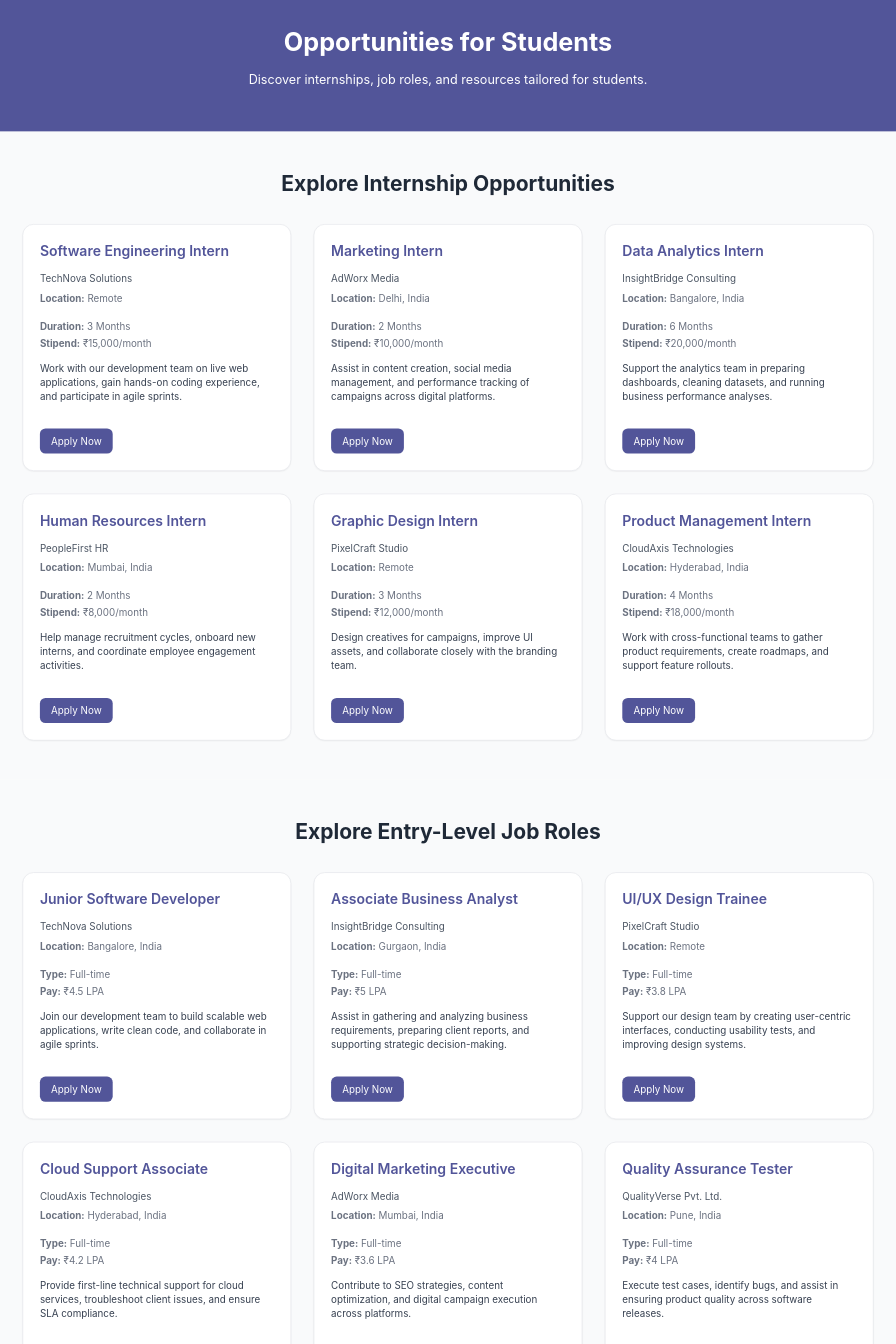
Repository: Siddharthkothiyal/GharPadhaaroCareerWebsite
Page: /#/students
The author's editor kept a copy of each file at every save. The page is drawn from the files as they stood at one save, then again after the next save.
The browser window is 1280 px wide. The pictures show the part of the page from y = 0 to 1920 px (the page is 6388 px tall before and 6435 px after), at 70% of full size.
The project was rebuilt for these pictures with package versions that can differ from the ones it lists, and the page was loaded fresh each time. Also part of the build but not shown: src/components/CareerPortal/JobListing/JobListings.css, src/components/CareerPortal/JobListing/JobListings.js, src/components/CareerPortal/Header.css, src/components/CareerPortal/ResumeUpload.css, src/components/CareerPortal/ResumeUpload.js, src/components/CareerPortal/Header.js, src/components/CareerPortal/JobListing/JobSearch.css, src/components/CareerPortal/JobListing/JobSearch.js and 10 more.

Above is the page before, as saved 2025-06-21 22:34:18.

After the next save:
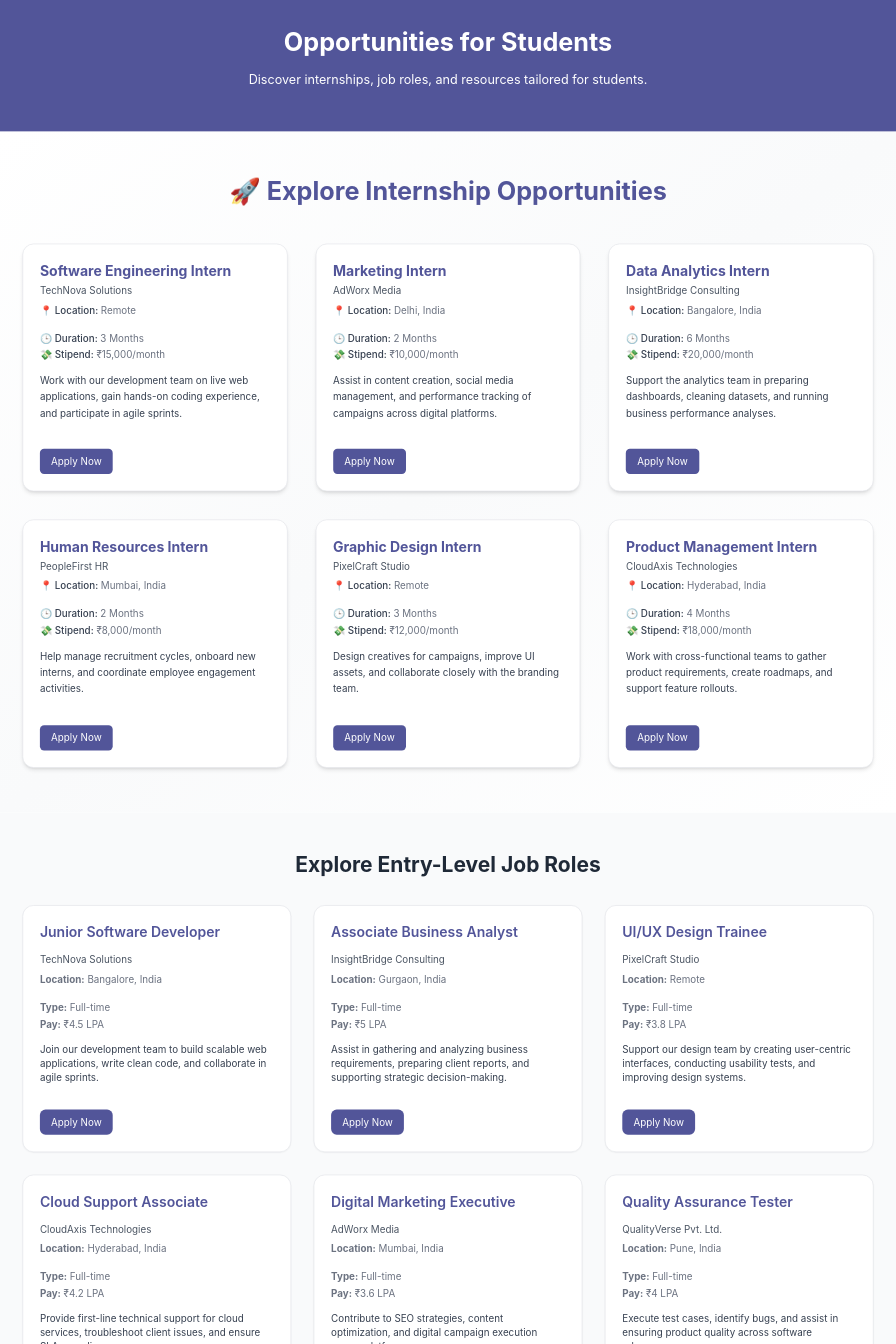
Saved 105 s later.
--- a/src/components/CareerPortal/StudentsPage/sections/Internships.js
+++ b/src/components/CareerPortal/StudentsPage/sections/Internships.js
@@ -65,30 +65,30 @@ const internshipData = [
 
 const Internships = () => {
   return (
-    <section id="internships" className="py-14 bg-gray-50">
+    <section id="internships" className="py-16 bg-gradient-to-br from-white via-gray-50 to-white">
       <div className="max-w-7xl mx-auto px-4 sm:px-6 lg:px-8">
-        <h2 className="text-3xl font-bold text-center text-gray-800 mb-10">
-          Explore Internship Opportunities
+        <h2 className="text-4xl font-bold text-center text-[#525599] mb-14">
+          🚀 Explore Internship Opportunities
         </h2>
 
-        <div className="grid gap-8 sm:grid-cols-2 lg:grid-cols-3">
+        <div className="grid gap-10 sm:grid-cols-2 lg:grid-cols-3">
           {internshipData.map((intern) => (
             <div
               key={intern.id}
-              className="bg-white rounded-2xl border border-gray-200 shadow-sm hover:shadow-md transition-shadow p-6"
+              className="bg-white rounded-2xl border border-gray-200 shadow-md hover:shadow-lg transition-shadow p-6"
             >
-              <h3 className="text-xl font-semibold text-[#525599]">{intern.title}</h3>
+              <h3 className="text-xl font-bold text-[#525599] mb-1">{intern.title}</h3>
               <p className="text-sm text-gray-600 mb-2">{intern.company}</p>
 
               <div className="text-sm text-gray-500 space-y-1 mb-4">
-                <p><strong>Location:</strong> {intern.location}</p>
-                <p><strong>Duration:</strong> {intern.duration}</p>
-                <p><strong>Stipend:</strong> {intern.stipend}</p>
+                <p><span className="font-medium text-gray-700">📍 Location:</span> {intern.location}</p>
+                <p><span className="font-medium text-gray-700">🕒 Duration:</span> {intern.duration}</p>
+                <p><span className="font-medium text-gray-700">💸 Stipend:</span> {intern.stipend}</p>
               </div>
 
-              <p className="text-gray-700 text-sm">{intern.description}</p>
+              <p className="text-gray-700 text-sm leading-relaxed">{intern.description}</p>
 
-              <button className="mt-4 inline-block px-4 py-2 bg-[#525599] text-white text-sm rounded-lg hover:bg-green-700 transition-colors">
+              <button className="mt-5 inline-block px-4 py-2 bg-[#525599] text-white text-sm rounded-md hover:bg-[#41447d] transition-colors">
                 Apply Now
               </button>
             </div>
